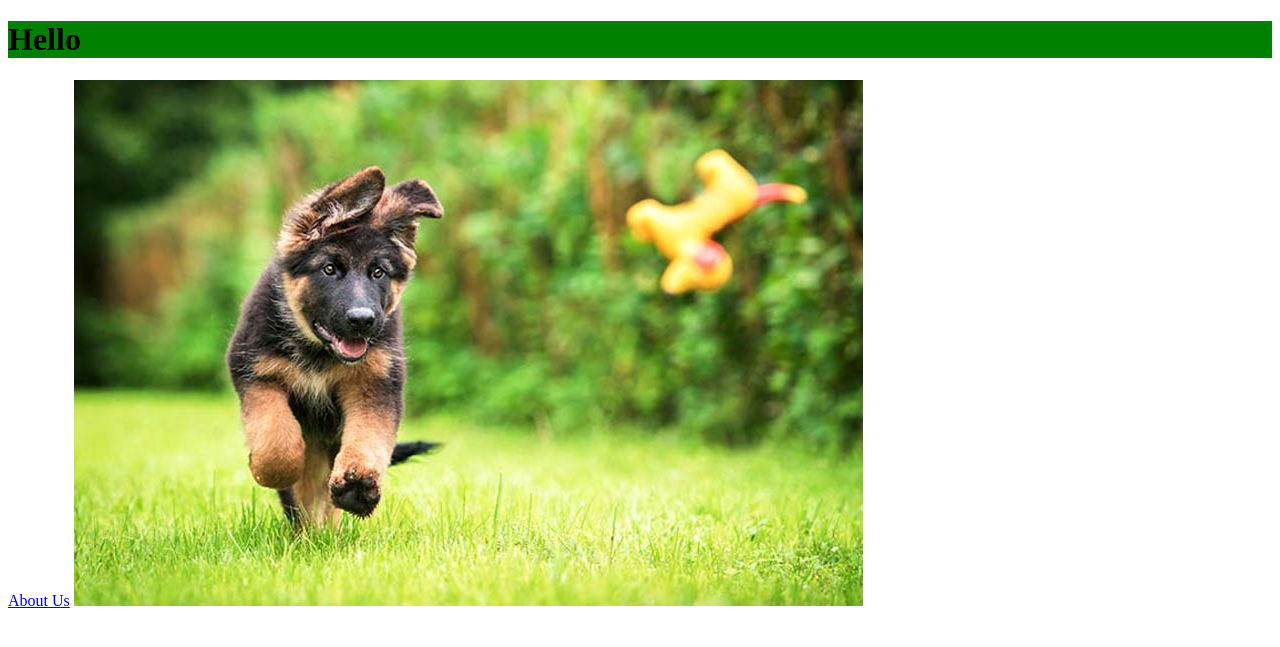
Repository: kunxin-chor/flask-etc-demo
Page: http://localhost/
The author's editor kept a record of every edit. The page is drawn from the files as they stood at one moment, then again after the next edit.
The browser window is 1280 px wide. The pictures show the whole page.
The page is served by the project's application, run on Flask 3 (flask-simple/app.py).

Above is the page before.

After the next edit:
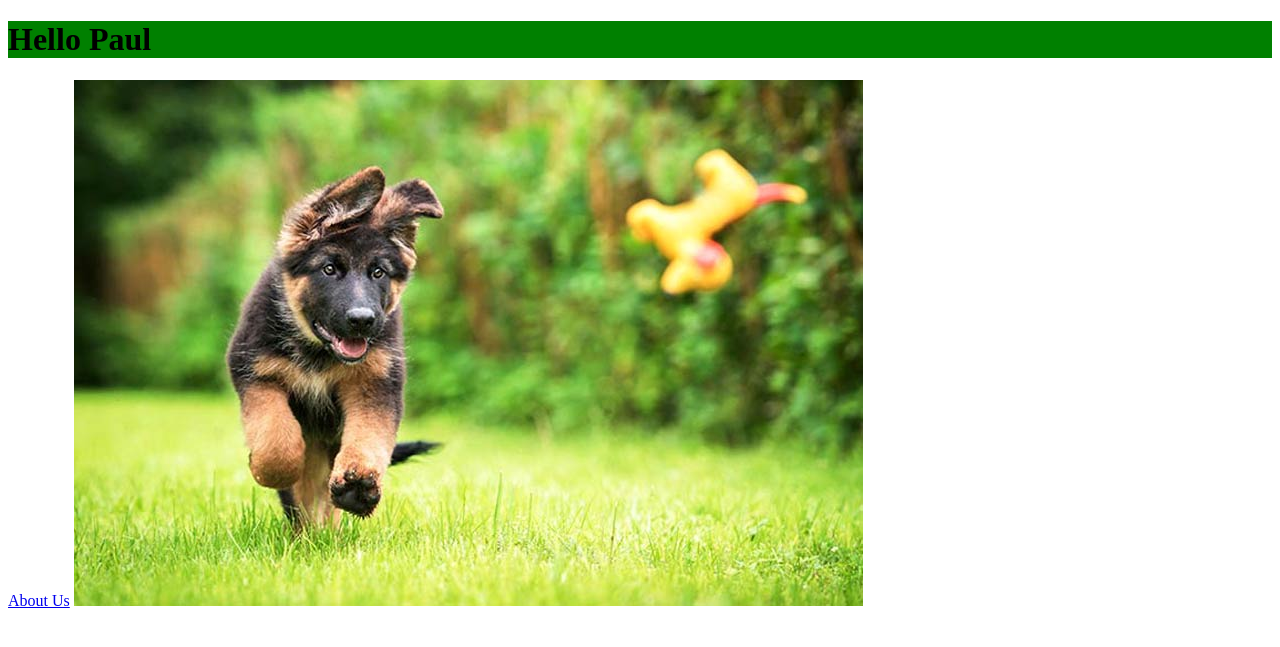
The edit:
--- a/flask-simple/app.py
+++ b/flask-simple/app.py
@@ -8,7 +8,8 @@
 
 @app.route('/') # set up a route
 def hello():
-    return render_template('index.template.html')
+    name = "Paul"
+    return render_template('index.template.html', n=name)
 
 @app.route('/about') # route the /about url to the about_page function
 def about_page():
